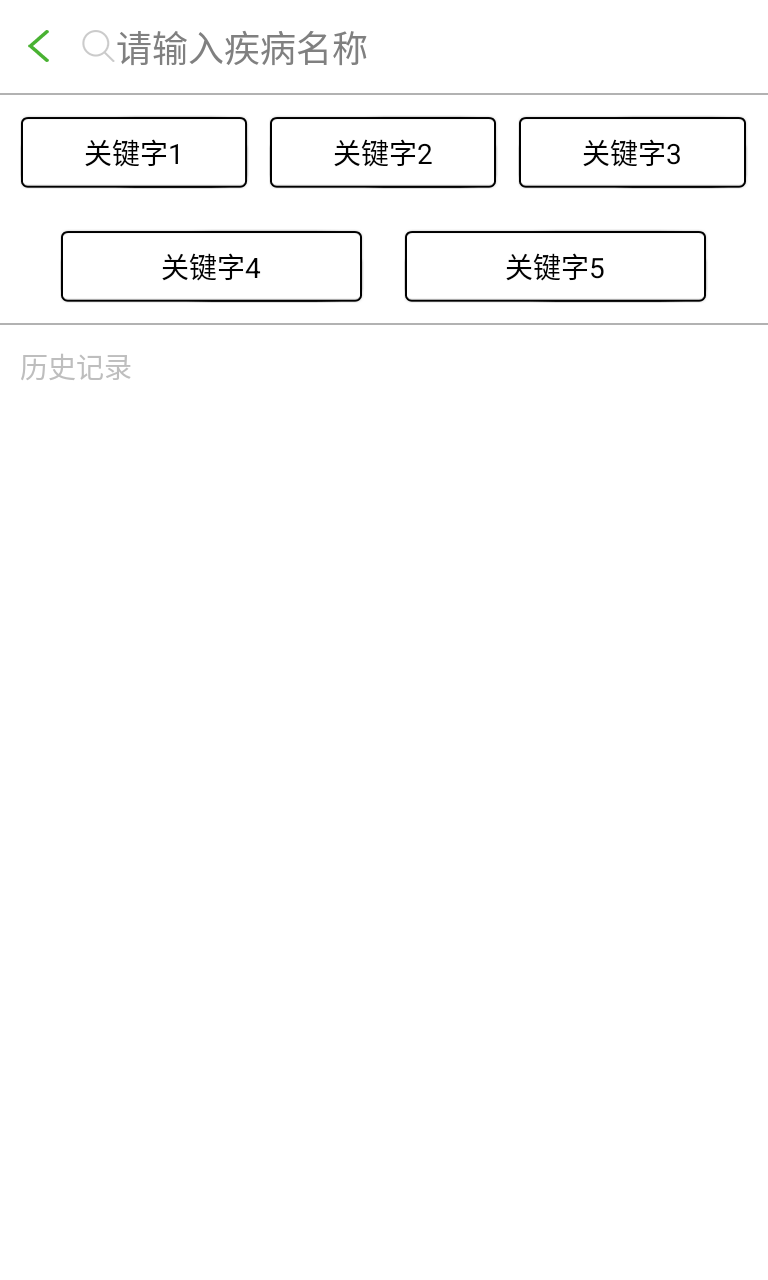
Repository: hjhlove110/XYApp
Layout: XYApp/res/layout/serache_view.xml
These files come from the project's save history. The layout is drawn as it stood at one moment and after the next save; the edit follows.
It is drawn on a 768 x 1280 px phone screen (xhdpi) without system bars, with theme Translucent; the app's code is not run.

Above is the layout before, as saved 2015-09-23 05:50:06.

After the next save:
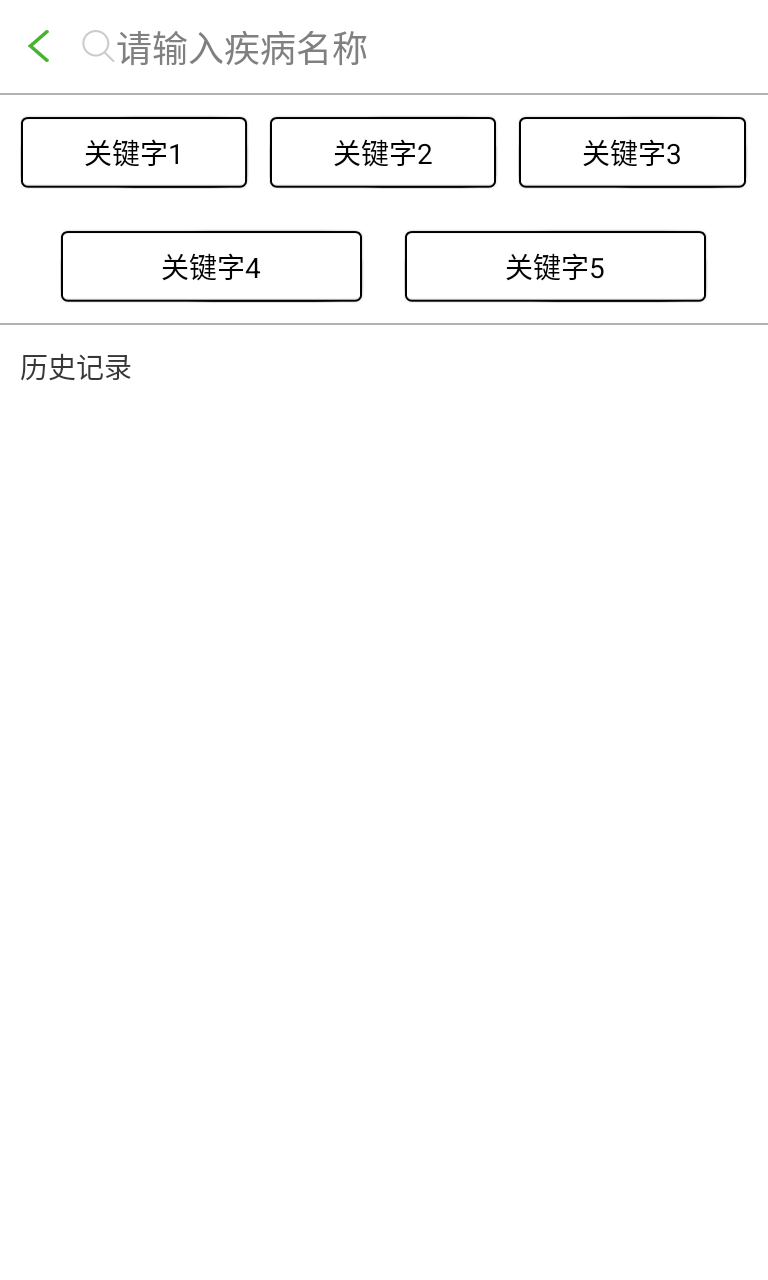
Saved 20 s later.
--- a/XYApp/res/layout/serache_view.xml
+++ b/XYApp/res/layout/serache_view.xml
@@ -115,6 +115,7 @@
         android:layout_height="wrap_content"
         android:gravity="center_vertical"
         android:padding="10dp"
+        android:textColor="#373737"
         android:text="历史记录" />
 
 </LinearLayout>
